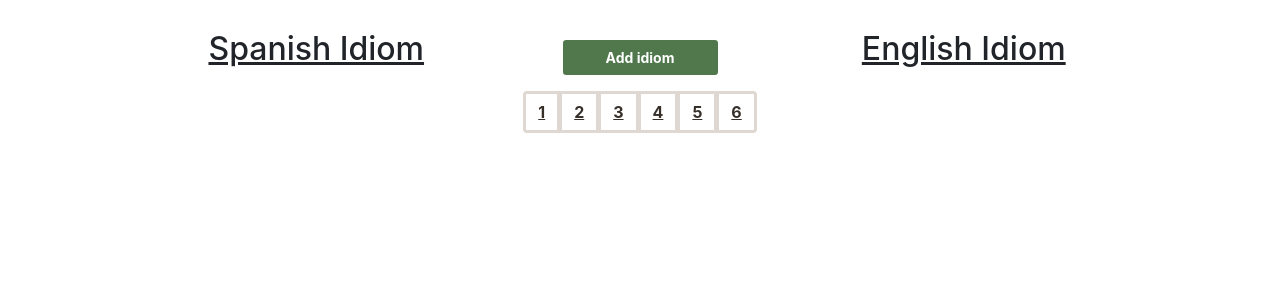
Repository: JK27/idioms-english-spanish
Page: http://localhost/
The author's editor kept a record of every edit. The page is drawn from the files as they stood at one moment, then again after the next edit.
The browser window is 1280 px wide. The pictures show the whole page.
Some web libraries are served in a nearby version. The page is served by the project's application, run on Flask 3 (idioms.py). Queries for data that is not in the repository find no rows.

Above is the page before.

After the next edit:
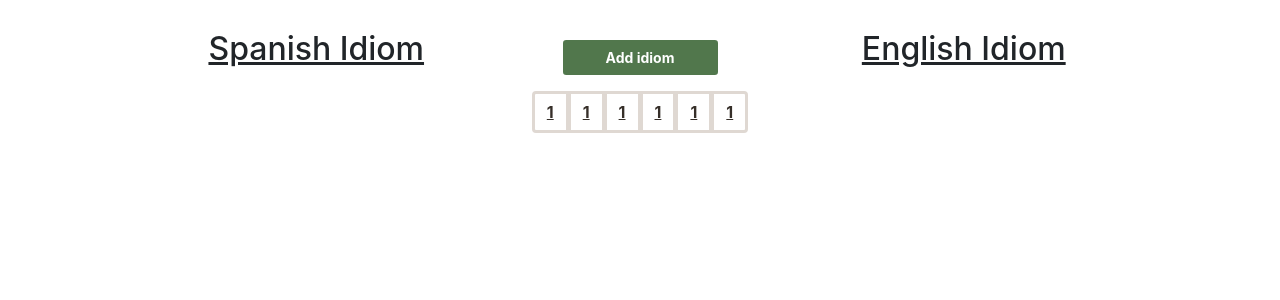
The edit:
--- a/templates/idioms.html
+++ b/templates/idioms.html
@@ -86,11 +86,11 @@
         <nav aria-label="Page navigation">
             <ul class="pagination justify-content-center">
                 <li class="page-item"><a class="page-link" href="{{url_for('get_idioms')}}"><strong>1</strong></a></li>
-                <li class="page-item"><a class="page-link" href="{{url_for('page_two')}}"><strong>2</strong></a></li>
-                <li class="page-item"><a class="page-link" href="{{url_for('page_three')}}"><strong>3</strong></a></li>
-                <li class="page-item"><a class="page-link" href="{{url_for('page_four')}}"><strong>4</strong></a></li>
-                <li class="page-item"><a class="page-link" href="{{url_for('page_five')}}"><strong>5</strong></a></li>
-                <li class="page-item"><a class="page-link" href="{{url_for('page_six')}}"><strong>6</strong></a></li>
+                <li class="page-item"><a class="page-link" href="{{url_for('get_idioms')}}"><strong>1</strong></a></li>
+                <li class="page-item"><a class="page-link" href="{{url_for('get_idioms')}}"><strong>1</strong></a></li>
+                <li class="page-item"><a class="page-link" href="{{url_for('get_idioms')}}"><strong>1</strong></a></li>
+                <li class="page-item"><a class="page-link" href="{{url_for('get_idioms')}}"><strong>1</strong></a></li>
+                <li class="page-item"><a class="page-link" href="{{url_for('get_idioms')}}"><strong>1</strong></a></li>
             </ul>
         </nav>
     </div>
